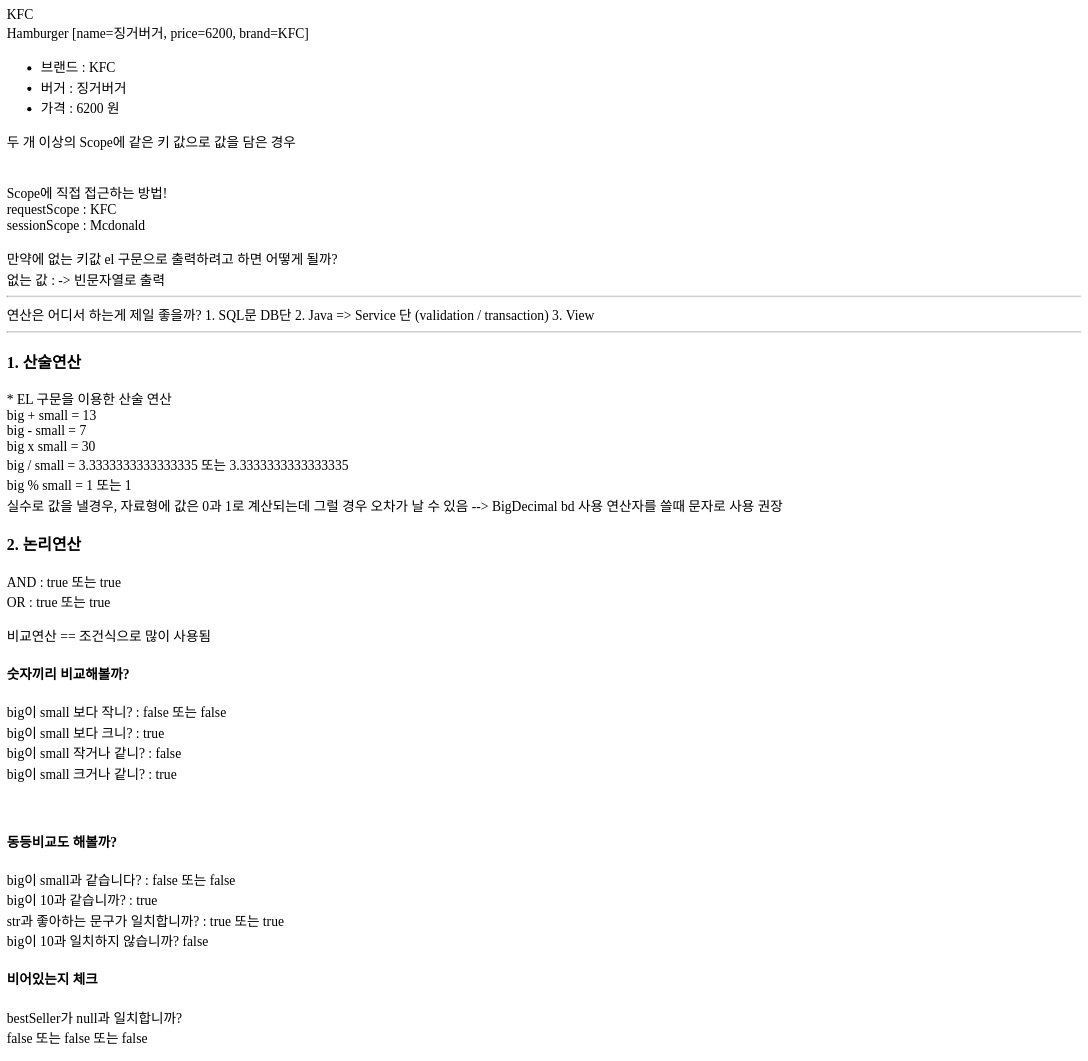
Repository: parkjin-sol/web-workplace
Page: http://localhost/McdonaldProject/sc
An editor plug-in stored every save of this project. The page is shown before and after the next save, followed by the edit.
The browser window is 1280 px wide. The pictures show the whole page, at 85% of full size.
The page is served by Tomcat 9. Other server files are loaded and not shown.

Above is the page before, as saved 2025-03-11 02:21:20.

### McdonaldProject/src/main/webapp/WEB-INF/views/print.jsp
<%@ page language="java" contentType="text/html; charset=UTF-8"
    pageEncoding="UTF-8"%>
<%
	// String brand = (String)request.getAttribute("brand");
%>
<!DOCTYPE html>
<html>
<head>
<meta charset="UTF-8">
<title>Insert title here</title>
</head>
<body>
	${ brand } <br>
	${ bestSeller }

	<ul>
		<li> 브랜드 : ${ bestSeller.brand }</li>
		<li> 버거 : ${ bestSeller.name }</li>
		<li> 가격 : ${ bestSeller.price } 원</li>
	</ul>

	두 개 이상의 Scope에 같은 키 값으로 값을 담은 경우 <br>

	<!--
		page => request => session => application 순으로 키값을 겁색
	 -->
	 <br><br>
	 Scope에 직접 접근하는 방법! <br>
	 requestScope : ${ requestScope.brand } <br>
	 sessionScope : ${ sessionScope.brand } <br>
	 <br>
	 만약에 없는 키값 el 구문으로 출력하려고 하면 어떻게 될까? <br>

	 없는 값 : ${ sessionScope.abc }
	 -> 빈문자열로 출력


	 <hr>

	 연산은 어디서 하는게 제일 좋을까?
	 1. SQL문 DB단
	 2. Java => Service 단 (validation / transaction)
	 3. View

	 <hr>

	 <h3>1. 산술연산</h3>
	 <p>
	 	* EL 구문을 이용한 산술 연산
	 	<br>
	 	big + small = ${ big + small } <br>
	 	big - small = ${ big - small } <br>
	 	big x small = ${ big * small }  <br>
	 	big / small = ${ big / small } 또는 ${ big div small } <br>
	 	big % small = ${ big % small } 또는 ${ big mod small } <br>

	 	실수로 값을 낼경우, 자료형에 값은 0과 1로 계산되는데
	 	그럴 경우 오차가 날 수 있음
	 	--> BigDecimal bd 사용

	 	연산자를 쓸때 문자로 사용 권장
	 </p>

	 <h3>2. 논리연산</h3>
	 <p>
	 	AND : ${ true && true } 또는 ${ true and true } <br>
	 	OR  : ${ true || true } 또는 ${ true or true }
	 </p>

	 비교연산 == 조건식으로 많이 사용됨

	 <h4>숫자끼리 비교해볼까?</h4>

	 <p>
	 	big이 small 보다 작니? : ${ big < small } 또는 ${ big lt small } <br>
	 	big이 small 보다 크니? : ${ big gt small } <br>
	 	big이 small 작거나 같니? : ${ big le small } <br>
	 	big이 small 크거나 같니? : ${ big ge small } <br>

	 </p>

	 <br>

	 <h4>동등비교도 해볼까?</h4>

	 <p>
	 	 big이 small과 같습니다? : ${ big == small } 또는 ${ big eq small } <br>
	 	 big이 10과 같습니까? : ${ big eq 10 } <br>
	 	 str과 좋아하는 문구가 일치합니까? : ${ str == "좋아하는문구" }
	 	 또는 ${ str eq '좋아하는문구' } <br>
	 	 big이 10과 일치하지 않습니까? ${ big ne 10 }
	 </p>


	 <h4>비어있는지 체크</h4>

	 <p>
	 	bestSeller가 null과 일치합니까? <br>
	 	${ bestSeller == null } 또는 ${ bestSeller eq null }
	 	또는 ${ empty bestSeller } <br>
	 </p>

















</body>
</html>

### McdonaldProject/src/main/java/com/kh/mcdonald/controller/SettingController.java
package com.kh.mcdonald.controller;

import java.io.IOException;
import java.util.ArrayList;

import javax.servlet.ServletException;
import javax.servlet.annotation.WebServlet;
import javax.servlet.http.HttpServlet;
import javax.servlet.http.HttpServletRequest;
import javax.servlet.http.HttpServletResponse;
import javax.servlet.http.HttpSession;

import com.kh.mcdonald.model.dto.Hamburger;


@WebServlet("/sc")
public class SettingController extends HttpServlet {
	private static final long serialVersionUID = 1L;


    public SettingController() {
    	super();
    }


	protected void doGet(HttpServletRequest request, HttpServletResponse response) throws ServletException, IOException {
		// System.out.println("뚜겟");

		// Servlet에서 응답 데이터가 있는데 ?
		// JSP에게 보내줘야함! --> request에 담아서
		 							// Servlet 내장 객체 / Scope 객체

		// Application / Session / Request              / Page
		/*
		 * 1. Servlet Context(Application Scope)
		 * 하나의 애플리케이션 당, 딱 한 개 존재하는 객체
		 * 이 영역에 데이터를 담으면 전역에서 사용가능
		 *
		 * 2. HttpSession (Session Scope)
		 * 하나의 브라우저 당, 한 개 존재하는 객체
		 * 이 영역에 데이터를 담으면 JSP / Servlet 단에서 사용 가능
		 * 값이 한번 담기면, 브라우저가 닫히거나, 세션을 비우거나(로그아웃),
		 * 서버를 중지하기 전까지는 계속해서 사용 가능
		 *
		 * 3. HttpServletRequest (Request Scope)
		 * 요청 시 매 번 생성되는 객체
		 * 이 영역에 데이터를 담으면 해당 request 객체를 포워딩 받는
		 * 응답 JSP에서만 사용가능(1회용)
		 *
		 * 4. PageContext(Page Scope)
		 * JSP페이지 내에서만 사용가능
		 *
		 * => 위 객체들에 값을 담을떄는 .setAttribute("키", "value")
		 * 							    .getAttributr("키")
		 *                              .removeAttribute("키")
		 *
		 *
		 *
		 */

		// requestScope
		// 객체 지향 개념에서 제일 중요한건 주체!

		request.setAttribute("brand","KFC");
		request.setAttribute("bestSeller", new Hamburger("징거버거", 6200, "KFC"));


		// sessionScope
		HttpSession session = request.getSession();
		session.setAttribute("brand", "Mcdonald");
		session.setAttribute("bestSeller", new Hamburger("빅맥", 6500,"Mcdonald"));


		// 숫자
		request.setAttribute("big", 10);
		request.setAttribute("small", 3);

		// 문자
		request.setAttribute("str", "좋아하는문구");

		// 리스트
		request.setAttribute("list", new ArrayList());


		// 응답 뷰 위임 -> 포워딩

		request.getRequestDispatcher("/WEB-INF/views/print.jsp").forward(request, response);

	}


	protected void doPost(HttpServletRequest request, HttpServletResponse response) throws ServletException, IOException {
		doGet(request, response);
	}

}

### McdonaldProject/src/main/java/com/kh/mcdonald/model/dto/Hamburger.java
package com.kh.mcdonald.model.dto;

public class Hamburger {
	private String name;
	private int price;
	private String brand;

	public Hamburger() {
		super();
	}
	public Hamburger(String name, int price, String brand) {
		super();
		this.name = name;
		this.price = price;
		this.brand = brand;
	}
	@Override
	public String toString() {
		return "Hamburger [name=" + name + ", price=" + price + ", brand=" + brand + "]";
	}

	public String getName() {
		return name;
	}
	public void setName(String name) {
		this.name = name;
	}
	public int getPrice() {
		return price;
	}
	public void setPrice(int price) {
		this.price = price;
	}
	public String getBrand() {
		return brand;
	}
	public void setBrand(String brand) {
		this.brand = brand;
	}


}

After the next save:
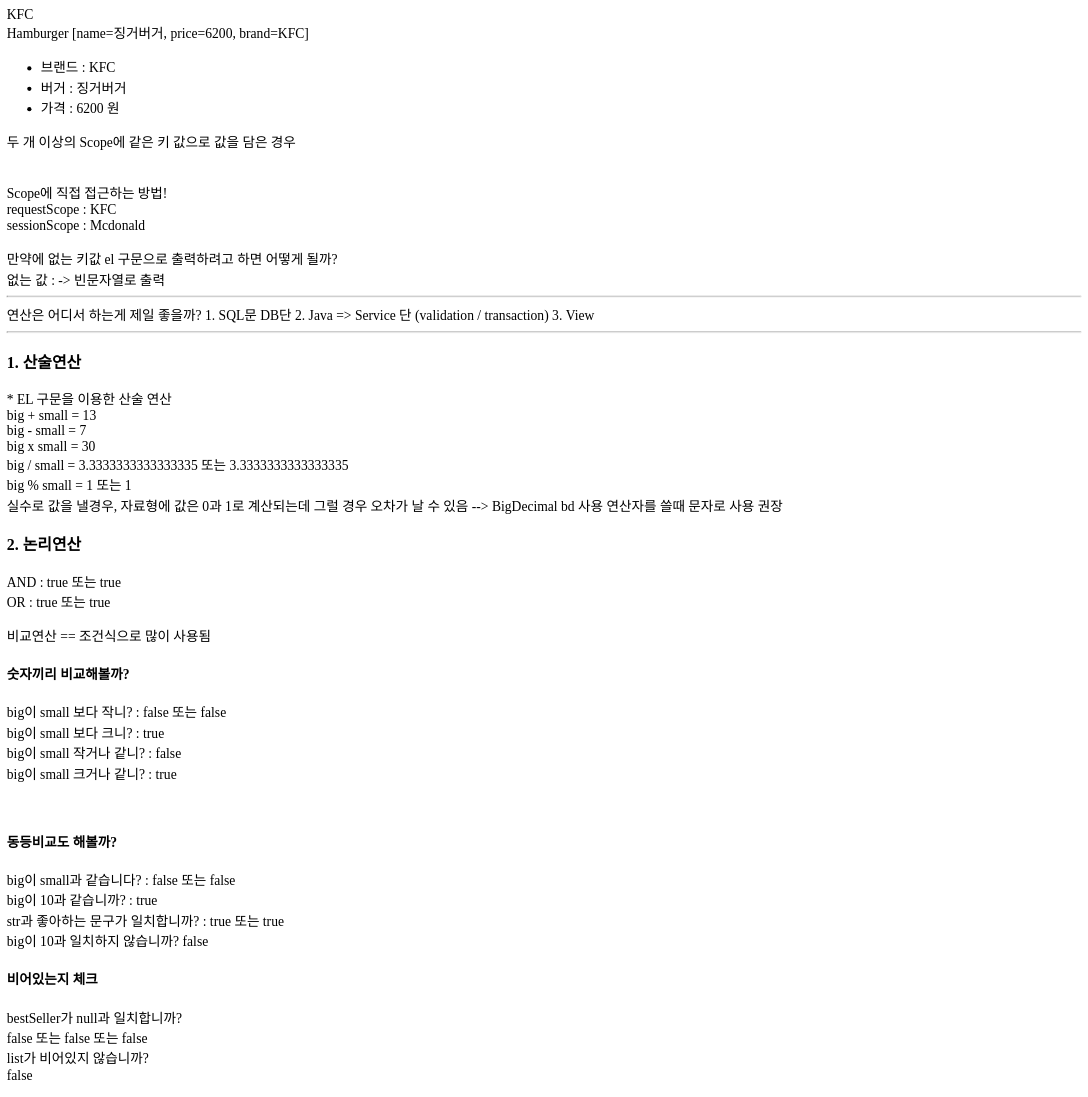
Saved 22 s later.
--- a/McdonaldProject/src/main/webapp/WEB-INF/views/print.jsp
+++ b/McdonaldProject/src/main/webapp/WEB-INF/views/print.jsp
@@ -98,6 +98,9 @@
 	 	bestSeller가 null과 일치합니까? <br>
 	 	${ bestSeller == null } 또는 ${ bestSeller eq null }
 	 	또는 ${ empty bestSeller } <br>
+
+	 	list가 비어있지 않습니까? <br>
+	 	${ !empty list }
 	 </p>
 
 
